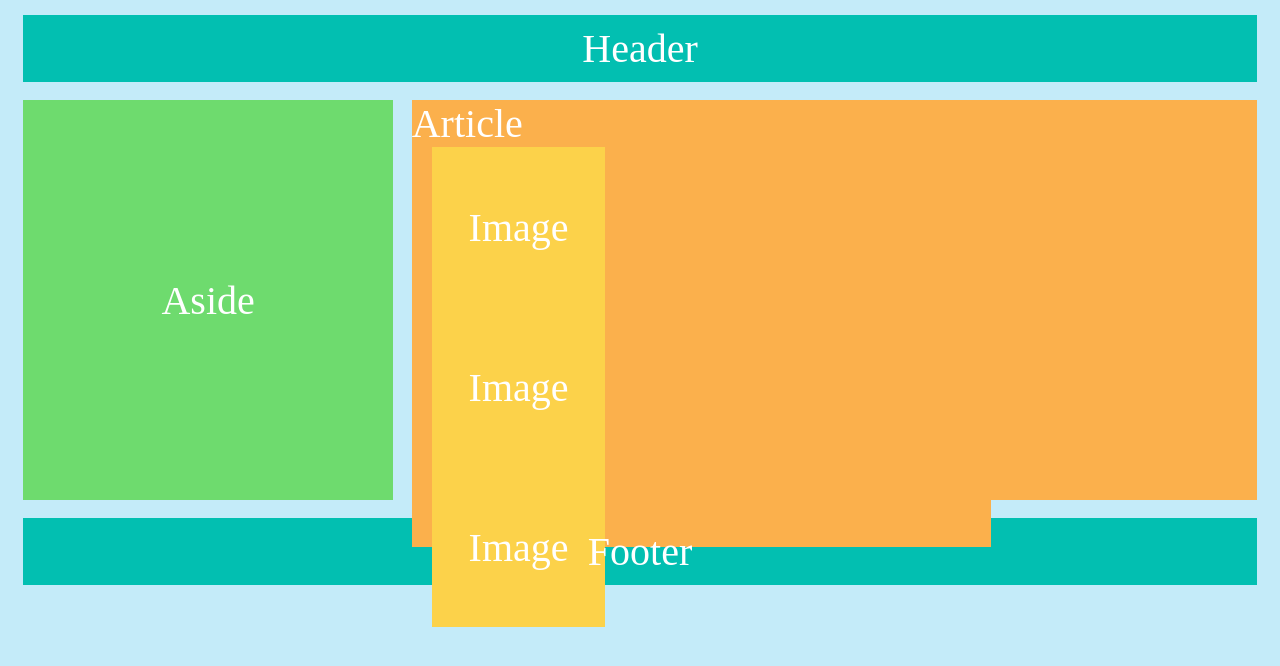
Repository: huyennvo/CSS
Page: flex-css-example/index.html
These files come from the project's save history. The page is drawn as it stood at one moment and after the next save; the edit follows.
The browser window is 1280 px wide. The pictures show the whole page.

Above is the page before, as saved 2022-07-18 11:31:31.

After the next save:
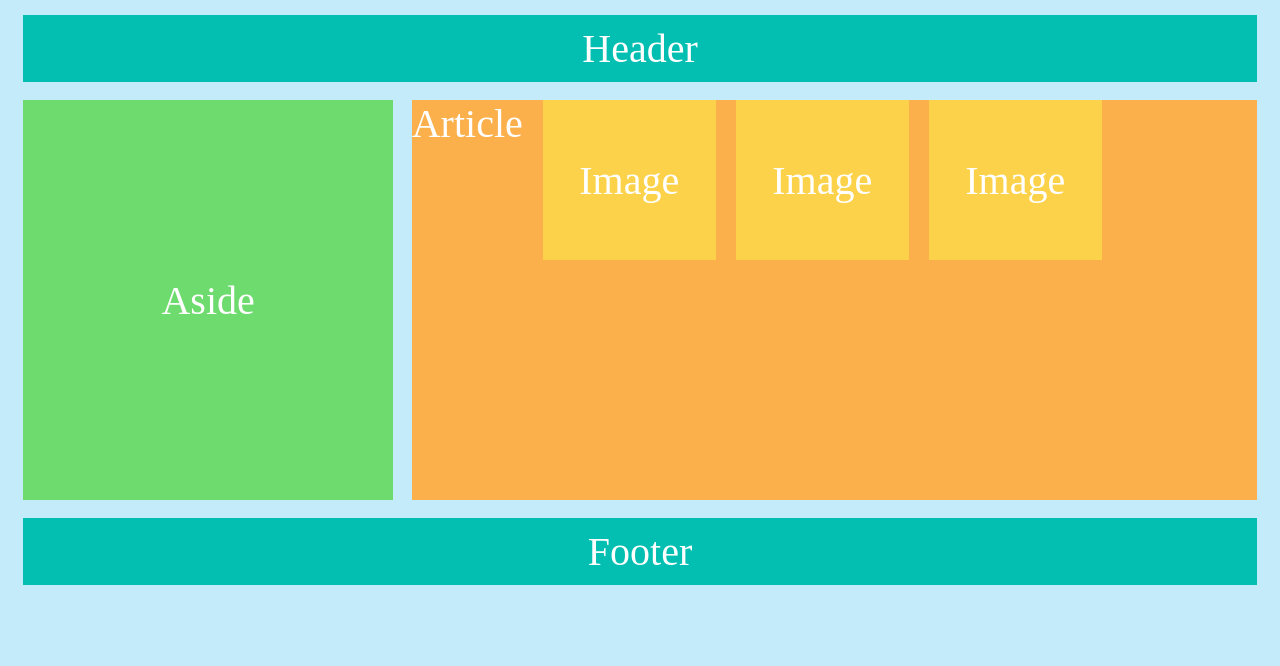
Saved 13 s later.
--- a/flex-css-example/index.css
+++ b/flex-css-example/index.css
@@ -43,8 +43,9 @@ html {
     width: 68.5%;
     height: 400px;
     font-size: 40px;
+    display: flex;
     flex-direction: row;
-    justify-content: center;
+
 }
 
 .body-right-bottom {
